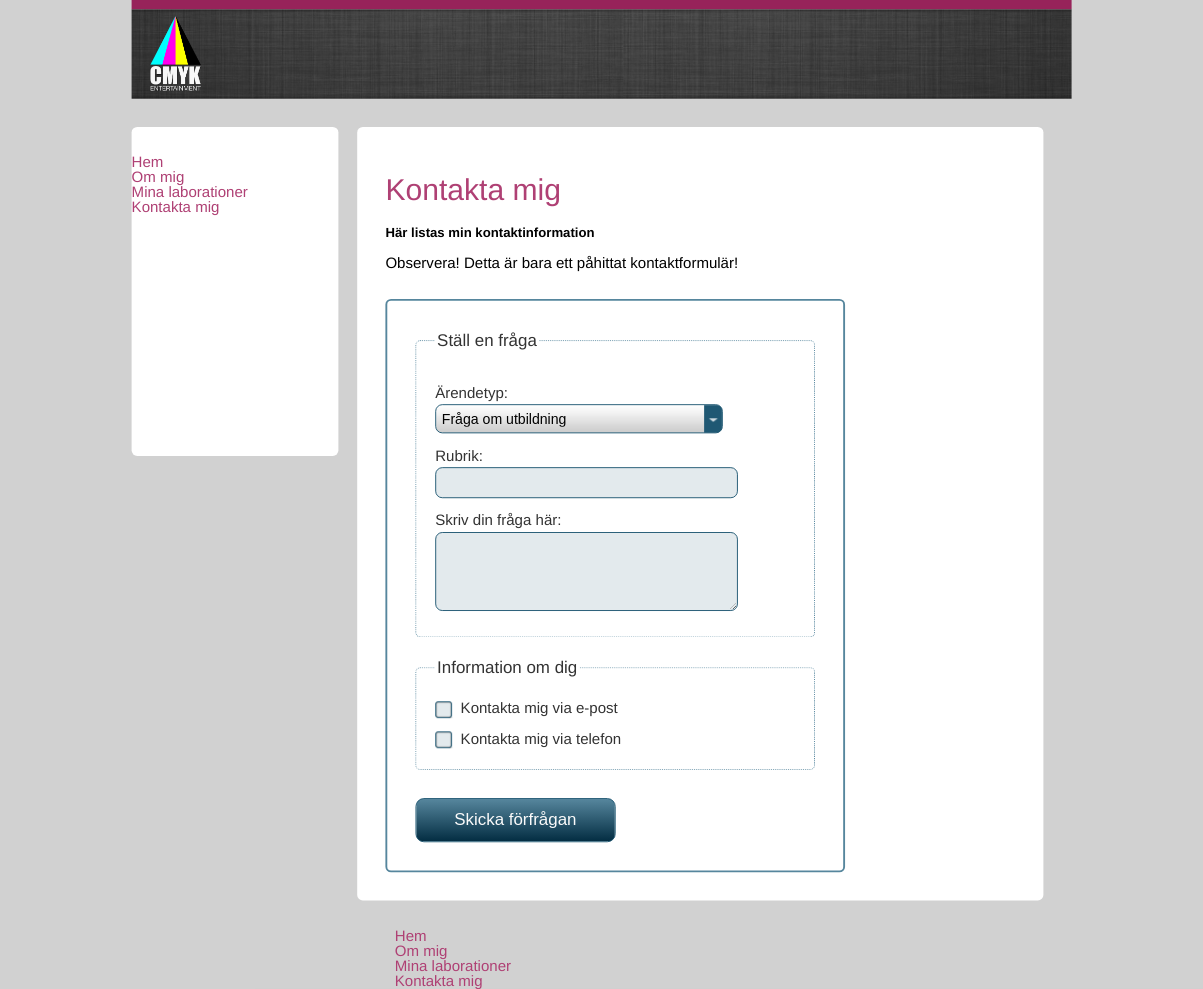
Repository: Holmewi/1ik415-jh222qr-laborationer
Page: pages/kontakt.html
The author's editor kept a record of every edit. The page is drawn from the files as they stood at one moment, then again after the next edit.
The browser window is 1280 px wide. The pictures show the whole page, at 94% of full size.

Above is the page before.

After the next edit:
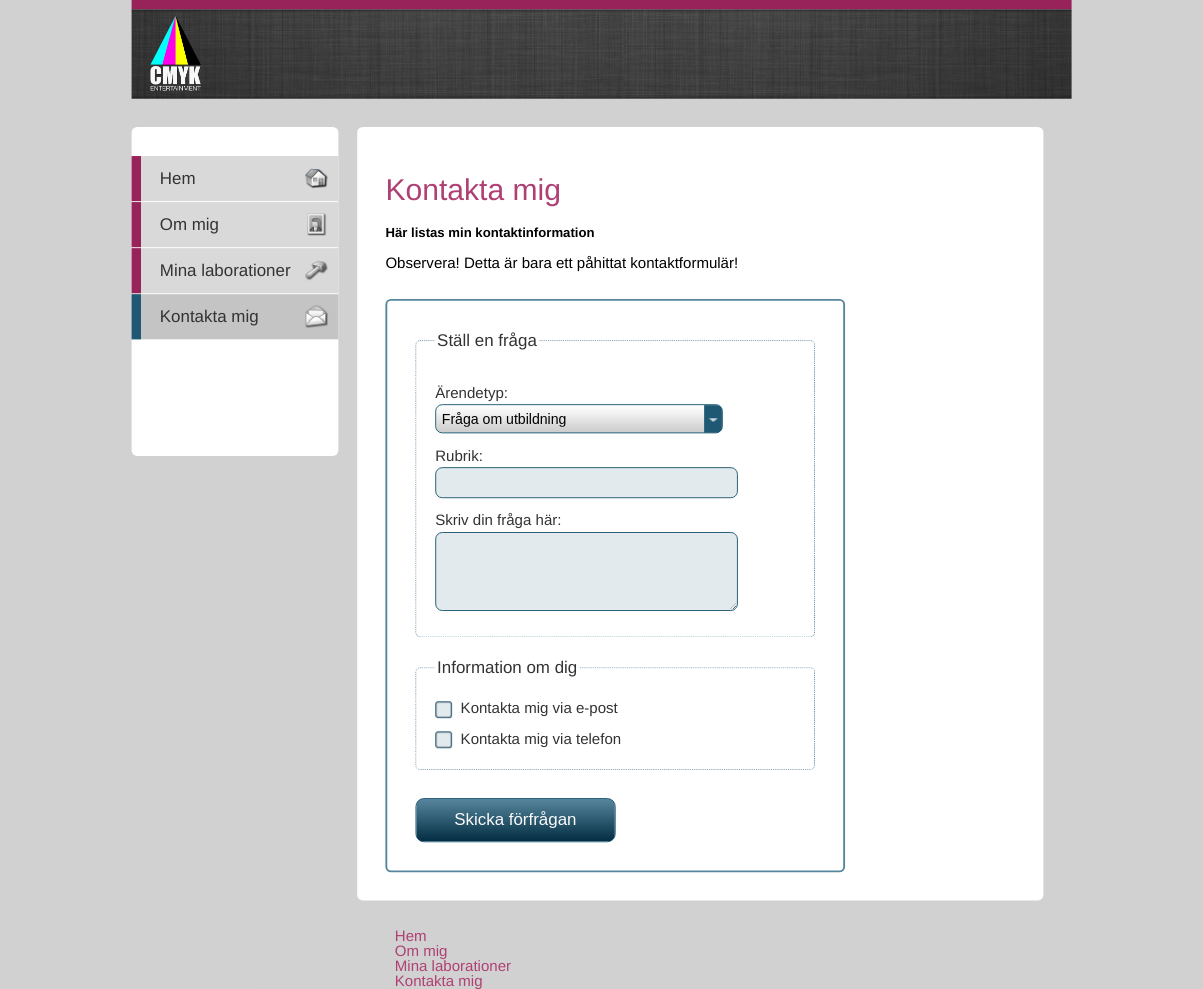
The edit:
--- a/pages/kontakt.html
+++ b/pages/kontakt.html
@@ -23,7 +23,7 @@
                 </div>
             </header>
 
-            <nav id="headMenu" class="borderRadius">
+            <nav id="headmenu" class="borderRadius">
                     <ul>
                         <li><a id="homepage" href="../index.html">Hem</a></li>
                         <li><a id="aboutpage" href="presentation.html">Om mig</a></li>
